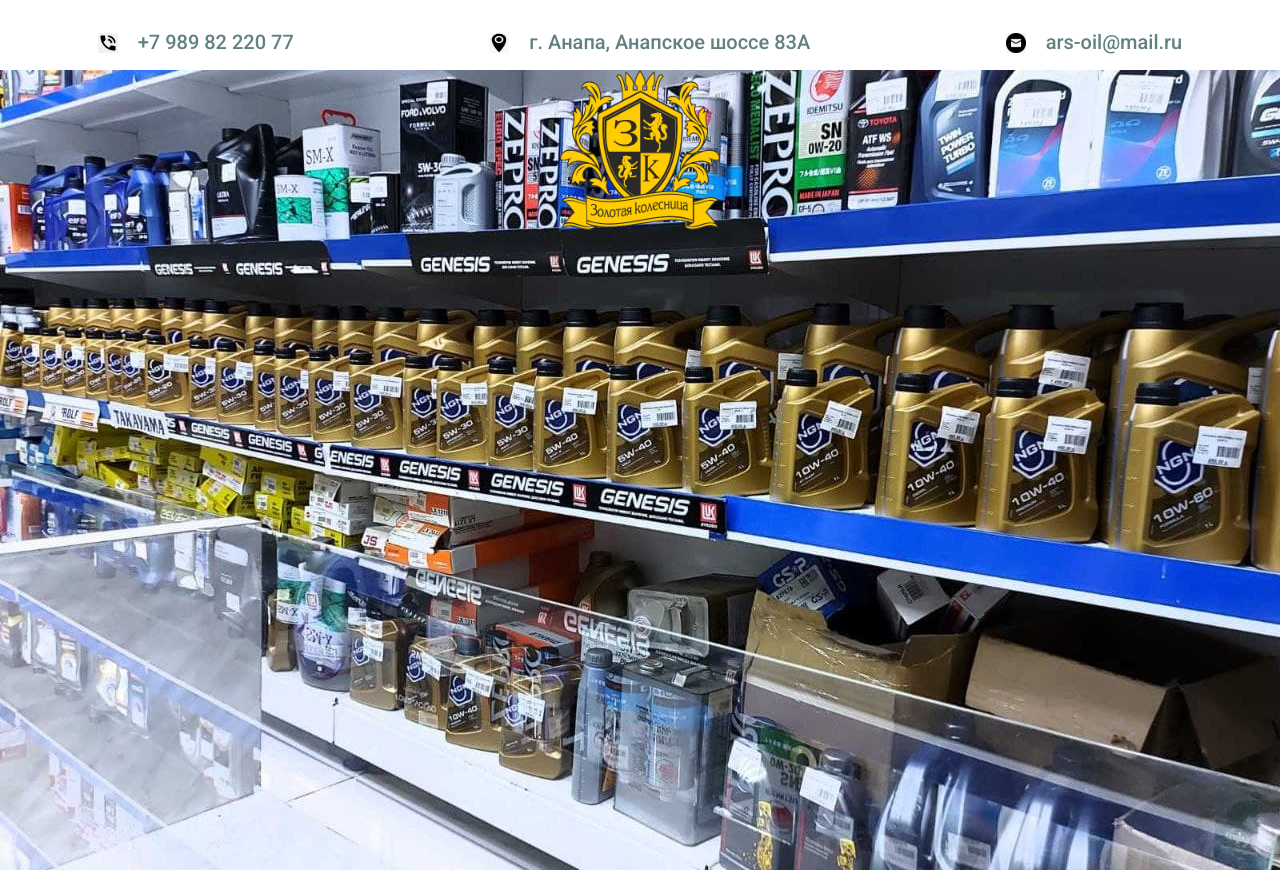
Repository: Vahe4836/new-project--Vahe
Page: /
The author's editor kept a copy of each file at every save. The page is drawn from the files as they stood at one save, then again after the next save.
The browser window is 1280 px wide. The pictures show the whole page.
The project was rebuilt for these pictures with package versions that can differ from the ones it lists, and the page was loaded fresh each time.

Above is the page before, as saved 2022-02-25 14:51:16.

### public/index.html
<!DOCTYPE html>
<html lang="en">
  <head>
    <meta charset="utf-8" />
    <link rel="icon" href="%PUBLIC_URL%/favicon.ico" />
    <meta name="viewport" content="width=device-width, initial-scale=1" />
    <meta name="theme-color" content="#000000" />
    <meta
      name="description"
      content="Web site created using create-react-app"
    />
    <link rel="apple-touch-icon" href="%PUBLIC_URL%/logo192.png" />
    <!--
      manifest.json provides metadata used when your web app is installed on a
      user's mobile device or desktop. See https://developers.google.com/web/fundamentals/web-app-manifest/
    -->
    <link rel="manifest" href="%PUBLIC_URL%/manifest.json" />
    <!--
      Notice the use of %PUBLIC_URL% in the tags above.
      It will be replaced with the URL of the `public` folder during the build.
      Only files inside the `public` folder can be referenced from the HTML.

      Unlike "/favicon.ico" or "favicon.ico", "%PUBLIC_URL%/favicon.ico" will
      work correctly both with client-side routing and a non-root public URL.
      Learn how to configure a non-root public URL by running `npm run build`.
    -->
    <title>Золотая колесница</title>
  </head>
  <body>
    <noscript>You need to enable JavaScript to run this app.</noscript>
    <div id="root"></div>
    <!--
      This HTML file is a template.
      If you open it directly in the browser, you will see an empty page.

      You can add webfonts, meta tags, or analytics to this file.
      The build step will place the bundled scripts into the <body> tag.

      To begin the development, run `npm start` or `yarn start`.
      To create a production bundle, use `npm run build` or `yarn build`.
    -->
  </body>
</html>

### src/App.js
import React from 'react';
import './App.css';
import Header from './Layouts/Header/Header';

function App() {
  return (
    <Header />
  )

}

export default App;

### src/Layouts/Header/Header.jsx
import React from "react";
import style from "./Header.module.scss";
import geo from "../../Images/Geo.png";
import mail from "../../Images/mail.jpg";
import tel from "../../Images/Tel.png";
import logo from "../../Images/logo.png";

export default function Header() {
  return (
    <>
      <div className={style.adressbox}>
        <ul>
          <li>
            {" "}
            <img src={tel} width={20} height={20} alt="" />{" "}
            <p>+7 989 82 220 77</p>{" "}
          </li>
          <li>
            {" "}
            <img src={geo} width={20} height={20} alt="" />{" "}
            <p>г. Анапа, Анапское шоссе 83А</p>{" "}
          </li>
          <li>
            {" "}
            <img src={mail} width={20} height={20} alt="" />{" "}
            <p>ars-oil@mail.ru</p>{" "}
          </li>
        </ul>
      </div>
      <div className={style.Main}>
        <div className={style.logo}>
          <img src={logo} width={160} height={160} alt="" />
        </div>
      </div>
    </>
  );
}

### src/Layouts/Header/Header.module.scss
@import url('https://fonts.googleapis.com/css2?family=Roboto:wght@400;500&display=swap');

$ffamily:  'Roboto', sans-serif;

*{
    font-family: $ffamily;
}
.Main{
    width: 100%;
    min-height: 800px;
    background-image: url("../../Images/background.jpg");
    background-position: center;
    background-repeat: no-repeat;
    background-size: cover;
}
.adressbox{
    width: 100%;
    height: 70px;


    >ul{
        display: flex;
        justify-content: space-around;
        padding-top: 30px;
        >li{
            list-style: none;
            display: flex;

            >img{
                margin-top: 3px;
            }

            >p{
                margin-left: 20px;
                color: rgb(97, 128, 128);
                font-size: 20px;
                font-weight: 500;

            }
        }
    }
}

.logo{
    display: flex;
    justify-content: center;

}

Loaded but not shown: src/index.js (common file); src/index.css (common file); src/reportWebVitals.js (common file); src/App.css (common file)

After the next save:
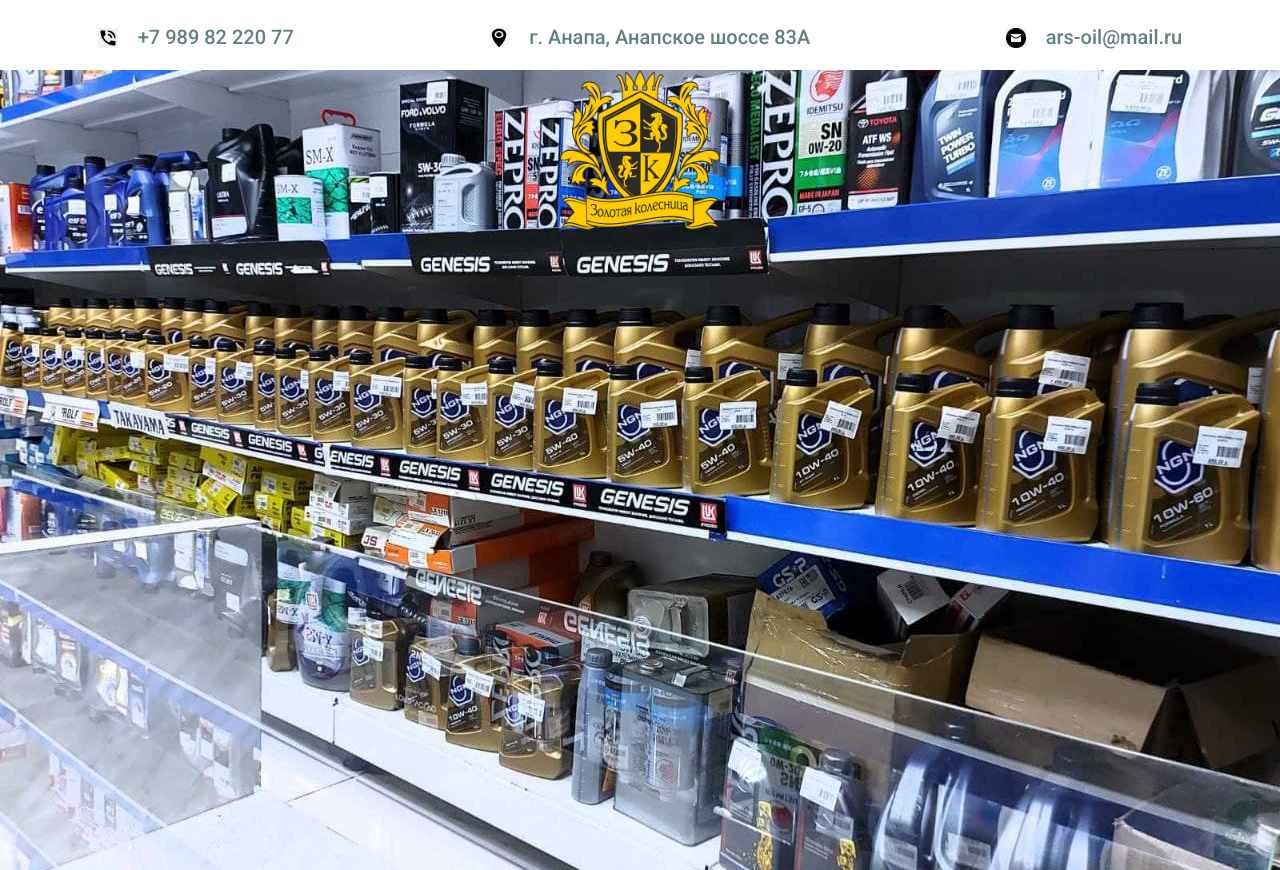
Saved 6 s later.
--- a/src/Layouts/Header/Header.module.scss
+++ b/src/Layouts/Header/Header.module.scss
@@ -21,7 +21,7 @@
     >ul{
         display: flex;
         justify-content: space-around;
-        padding-top: 30px;
+        padding-top: 25px;
         >li{
             list-style: none;
             display: flex;
